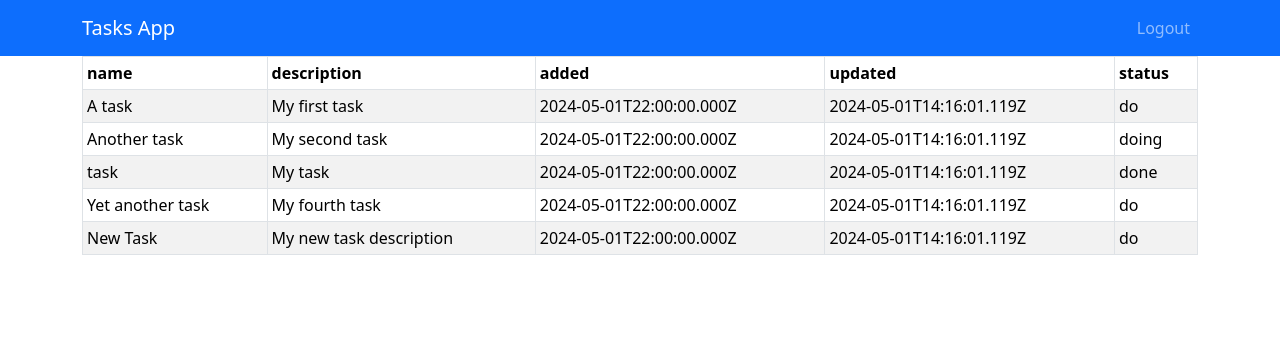
Repository: trider/react-task-app
Page: /tasks
The author's editor kept a copy of each file at every save. The page is drawn from the files as they stood at one save, then again after the next save.
The browser window is 1280 px wide. The pictures show the whole page.
The project was rebuilt for these pictures with package versions that can differ from the ones it lists, and the page was loaded fresh each time. Also part of the build but not shown: src/pages/Login.js.

Above is the page before, as saved 2024-05-02 18:06:19.

### src/App.js

import 'bootstrap/dist/css/bootstrap.min.css';
import ReactDOM from "react-dom/client";
import { BrowserRouter, Routes, Route } from "react-router-dom";
import LoginForm from "./pages/Login";
import TaskList from "./pages/Task";


let App = () => {
  return (
    <div>
    <BrowserRouter>
      <Routes>
          <Route index element={<LoginForm />} />
          <Route path="login" element={<LoginForm />} />
          <Route path="tasks" element={<TaskList />} />
      </Routes>
    </BrowserRouter>






    </div>


  );
}


export default App;

### src/pages/Task.js
import Table from 'react-bootstrap/Table';
import Container from 'react-bootstrap/Container';
import Nav from 'react-bootstrap/Nav';
import Navbar from 'react-bootstrap/Navbar';
import NavDropdown from 'react-bootstrap/NavDropdown';

const userTasks= [
 {
   id: "6630ab326e723ac1ea6dce7a",
   description: "My first task",
   name: "A task",
   taskId: 1,
   user: "jonnygold",
   added: "2024-05-01T22:00:00.000Z",
   updated: "2024-05-01T14:16:01.119Z",
   status: "do",
   isActive: true
 },
 {
   id: "6630fe5d6e723ac1ea6dce7e",
   description: "My second task",
   name: "Another task",
   taskId: 2,
   user: "jonnygold",
   added: "2024-05-01T22:00:00.000Z",
   updated:"2024-05-01T14:16:01.119Z",
   status: "doing",
   isActive: true
 },
 {
   id: "6630fe826e723ac1ea6dce7f",
   description: "My task",
   name: "task",
   taskId: 3,
   user: "jonnygold",
   added: "2024-05-01T22:00:00.000Z",
   updated:"2024-05-01T14:16:01.119Z",
   status: "done",
   isActive: true
 },
 {
   id: "6631f17cc4c9b7f5ab3c28c3",
   name: "Yet another task",
   description: "My fourth task",
   user: "jonnygold",
   taskId: 4,
   added: "2024-05-01T22:00:00.000Z",
   updated:"2024-05-01T14:16:01.119Z",
   isActive: true,
   status: "do",

 },
 {
   id: "66323f0d54b80929f84ebdd2",
   user: "jonnygold",
   name: "New Task",
   description: "My new task description",
   status: "do",
   taskId: 5,
   added: "2024-05-01T22:00:00.000Z",
   updated:"2024-05-01T14:16:01.119Z",
   isActive: true,
 }

]

const tableCols = [
  'name',
  'description',
  'added',
  'updated',
  'status',
];



const TaskTable = () => {
  return (
    <div>
      <Table striped bordered hover size="sm">
      <thead>
        <tr>
          {tableCols.map((col) => (
            <th key={col}>{col}</th>
          ))}
        </tr>
      </thead>
      <tbody>
        {userTasks.map((task) => (
          <tr key={task.id}>
            {tableCols.map((col) => (
              <td key={col}>{task[col]}</td>
            ))}
          </tr>
        ))}

      </tbody>
    </Table>




    </div>
  );
}

const NavbarComponent = () => {
  return (
    <Navbar bg="primary" expand="lg" data-bs-theme="dark">
      <Container>
        <Navbar.Brand href="#home">Tasks App</Navbar.Brand>
        <Navbar.Toggle aria-controls="basic-navbar-nav" />
        <Navbar.Collapse id="basic-navbar-nav">
          <Nav className="me-auto" >
          </Nav>
          <Nav>
            <Nav.Link href="/login">Logout</Nav.Link>
          </Nav>
        </Navbar.Collapse>
      </Container>
    </Navbar>
  );
}

const TaskList = () => {
  return (
    <div>

    <NavbarComponent />
    <Container>
      <TaskTable />
    </Container>
    </div>
  );
}

export default TaskList;

Loaded but not shown: public/index.html (common file); src/index.js (common file); src/index.css (common file); src/reportWebVitals.js (common file)

After the next save:
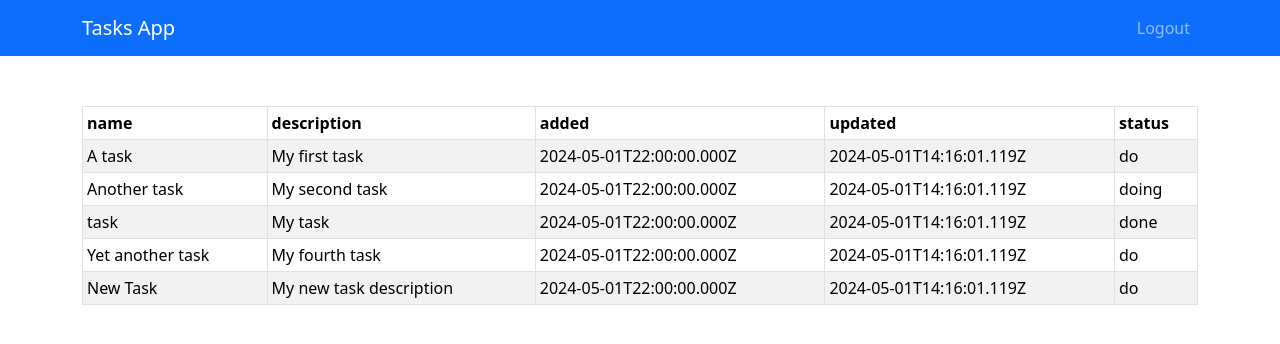
Saved 21 s later.
--- a/src/pages/Task.js
+++ b/src/pages/Task.js
@@ -127,7 +127,7 @@ const TaskList = () => {
     <div>
 
     <NavbarComponent />
-    <Container>
+    <Container style={{marginTop:"50px"}}>
       <TaskTable />
     </Container>
     </div>
